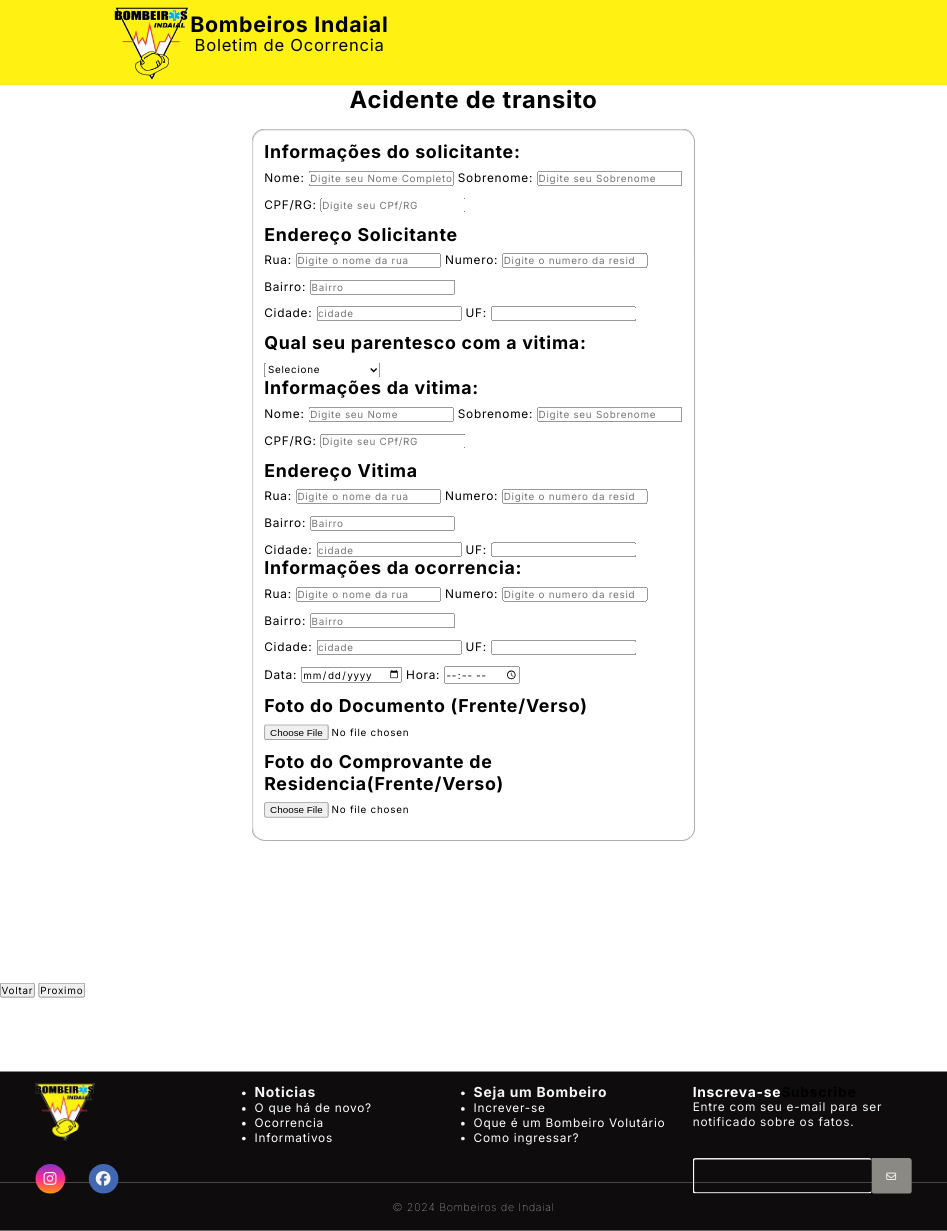
Repository: ThaylonKnopf/ProjetoBV
Page: AcidenteTransito/transitoparente/Form.html
The author's editor kept a copy of each file at every save. The page is drawn from the files as they stood at one save, then again after a run of saves.
The browser window is 1280 px wide. The pictures show the whole page, at 74% of full size.

Above is the page before, as saved 2024-04-08 13:17:04.

### AcidenteTransito/transitoparente/Form.html
<!DOCTYPE html>
<html lang="pt-BR">

    <head>
        <meta charset="UTF-8">
        <meta name="viewport" content="width=device-width, initial-scale=1.0">
        <title>Requisição de B.O.</title>
        <link rel="stylesheet" href="estilo-fato.css">
        <link rel="shortcut icon"
            href="https://storage.googleapis.com/production-hostgator-brasil-v1-0-9/629/1202629/afAiZAhX/4db7fe933b1247ebbdbe06664fbece59">
        <link rel="stylesheet" href="https://cdnjs.cloudflare.com/ajax/libs/font-awesome/6.5.2/css/all.min.css"
            integrity="sha512-SnH5WK+bZxgPHs44uWIX+LLJAJ9/2PkPKZ5QiAj6Ta86w+fsb2TkcmfRyVX3pBnMFcV7oQPJkl9QevSCWr3W6A=="
            crossorigin="anonymous" referrerpolicy="no-referrer" />

    </head>

    <body>
        <header>
            <link rel="stylesheet" href="/header/footer/header.css">
            <main>
                <source media="(min-width:320px)" srcset="" sizes="300px">
                <div class="titulo">
                    <h1>Bombeiros&nbsp;Indaial</h1>
                </div>
                <div class="img">
                    <a href="https://bombeirosindaial.com.br/" target="_blank"><img src="../img/m.png"
                            alt="logo-bombeiro"></a>
                </div>
                <div class="p">
                    <p>Boletim&nbsp;de&nbsp;Ocorrencia</p>
                </div>
                </nav>
            </main>
        </header>
        <main class="menuh1">
            <h1>Acidente de transito</h1>
        </main>
        <form>
            <fieldset>
                <h2>Informações do solicitante:</h2>
                <div class="campo" required>
                    <label for="nome">Nome:</label>
                    <input type="text" name="nome" id="nome" placeholder="Digite seu Nome Completo" required>
                    <label for="sobrenome">Sobrenome:</label>
                    <input type="text" name="sobrenome" id="sobrenome" placeholder="Digite seu Sobrenome" required>
                </div>
                <div id="cpf">
                    <label for="cfp">CPF/RG:</label>
                    <input type="text" name="cfp" id="cpf" placeholder="Digite seu CPf/RG" required>
                </div>
                <h2>Endereço Solicitante</h2>
                <div id="rua">
                    <label for="rua">Rua:</label>
                    <input type="text" name="rua" id="rua" placeholder="Digite o nome da rua" required>
                    <label for="rua">Numero:</label>
                    <input type="number" name="numero" id="numero" placeholder="Digite o numero da residencia."
                        required>
                </div>
                <div id="bairro">
                    <label for="bairro">Bairro:</label>
                    <input type="text" name="bairro" id="bairro" placeholder="Bairro" required>
                </div>
                <div>
                    <label for="cidade">Cidade:</label>
                    <input type="text" name="cidade" id="cidade" placeholder="cidade" required>
                    <label for="estado">UF:</label>
                    <input type="text" name="estado" id="estado" required>
                </div>
                <h2>Qual seu parentesco com a vitima:</h2>
                <select name="parentesco" id="parente">
                    <option selected disabled value="">Selecione</option>
                    <option>Pai/Mae</option>
                    <option>Irmão/Irmã</option>
                    <option>Conjuge</option>
                    <option>Filho/Filha</option>
                    <option>Avô/Avó</option>
                    <option>Responsável Legal</option>
                </select>
                <h2>Informações da vitima:</h2>
                <div class="campov">
                    <label for="nomev">Nome:</label>
                    <input type="text" name="nome" id="nomev" placeholder="Digite seu Nome" required>
                    <label for="sobrenome">Sobrenome:</label>
                    <input type="text" name="sobrenome" id="sobrenomev" placeholder="Digite seu Sobrenome" required>
                </div>
                <div id="cpfv">
                    <label for="cfp">CPF/RG:</label>
                    <input type="text" name="cfp" id="cpfv" placeholder="Digite seu CPf/RG" required>
                </div>
                <h2>Endereço Vitima</h2>
                <div id="ruav">
                    <label for="rua">Rua:</label>
                    <input type="text" name="rua" id="ruavi" placeholder="Digite o nome da rua" required>
                    <label for="numero">Numero:</label>
                    <input type="number" name="numero" id="numerov" placeholder="Digite o numero da residencia."
                        required>
                </div>
                <div id="bairrov">
                    <label for="bairro">Bairro:</label>
                    <input type="text" name="bairro" id="bairrov" placeholder="Bairro" required>
                </div>
                <div>
                    <label for="cidade">Cidade:</label>
                    <input type="text" name="cidade" id="cidadev" placeholder="cidade" required>
                    <label for="estado">UF:</label>
                    <input type="text" name="estado" id="estadov" required>
                <h2>Informações da ocorrencia:</h2>
                <div id="ruao">
                    <label for="rua">Rua:</label>
                    <input type="text" name="rua" id="ruaoc" placeholder="Digite o nome da rua" required>
                    <label for="numero">Numero:</label>
                    <input type="number" name="numero" id="numeroc" placeholder="Digite o numero da residencia."
                        required>
                </div>
                <div id="bairroc">
                    <label for="bairro">Bairro:</label>
                    <input type="text" name="bairro" id="bairroc" placeholder="Bairro" required>
                </div>
                <div>
                    <label for="cidade">Cidade:</label>
                    <input type="text" name="cidade" id="cidadec" placeholder="cidade" required>
                    <label for="estado">UF:</label>
                    <input type="text" name="estado" id="estadoc" required>
                </div>
                <div id="data">
                    <label for="data">Data:</label>
                    <input type="date" name="dataoc" id="dataoc">
                    <label for="hora">Hora:</label>
                    <input type="time" name="horaoc" id="horaoc">
                </div>
                <div class="doc">
                    <h2>Foto do Documento (Frente/Verso)</h2>
                    <input type="file" name="doc" id="doc">
                </div>
                <div class="res">
                    <h2>Foto do Comprovante de Residencia(Frente/Verso)</h2>
                    <input type="file" name="doc">
                </div>
            </fieldset>
    </form>
        <main class="main-botao">
            <div class="continuar" required>
                <a href="../transitoselecionar/transito1.html"><button class="voltar">Voltar</button></a>
                <a href="/AcidenteTransito/transitoparente/Concluido.html"><button class="prox" required>Proximo</button></a>
            </div>
        </main>
        <footer id="footer">
            <link rel="stylesheet" href="/header/footer/footer.css">
            <div id="footer_content">
                <div id="footer_contacts">
                    <a href="https://bombeirosindaial.com.br/" target="_blank">
                        <h1>
                            <img src="../img/m.png" width="80px" alt="">
                        </h1>
                    </a>
                    <div id="footer_social_media">
                        <a href="#" class="footer-link" id="instagram">
                            <i class="fa-brands fa-instagram"></i>
                        </a>
                        <a href="#" class="footer-link" id="facebook">
                            <i class="fa-brands fa-facebook"></i>
                        </a>
                    </div>
                </div>
                <ul class="footer-list">
                    <li>
                        <h3>Noticias</h3>
                    </li>
                    <li>
                        <a href="#" class="footer-link">O que há de novo?</a>
                    </li>
                    <li>
                        <a href="#" class="footer-link">Ocorrencia</a>
                    </li>
                    <li>
                        <a href="#" class="footer-link">Informativos</a>
                    </li>
                </ul>
                <ul class="footer-lists">
                    <li>
                        <h3 id="pro">Seja um Bombeiro</h3>
                    </li>
                    <li>
                        <a href="#" class="footer-links">Increver-se</a>
                    </li>
                    <li>
                        <a href="#" class="footer-links">Oque é um Bombeiro Volutário</a>
                    </li>
                    <li>
                        <a href="#" class="footer-links">Como ingressar?</a>
                    </li>
                </ul>
                <div id="footer_subscribe">
                    <h3>Subscribe</h3>
                    <p>
                        Entre com seu e-mail para ser notificado sobre os fatos.
                    </p>
                    <div id="input_group">
                        <input type="email" id="email">
                        <button>
                            <i class="fa-regular fa-envelope"></i>
                        </button>
                    </div>
                </div>
            </div>
            <div id="footer_copyright">
                &#169
                2024 Bombeiros de Indaial
            </div>
        </footer>
        <script src="script.js"></script>
    </body>

</html>

### AcidenteTransito/transitoparente/estilo-fato.css
@charset "UTF-8";

@import url('https://fonts.googleapis.com/css2?family=Bebas+Neue&family=Inter:wght@100..900&display=swap');

:root {
    --color-neutral-0: #0e0c0c;
    --color-neutral-10: #171717;
    --color-neutral-30: #a8a29e;
    --color-neutral-40: #f5f5f5;

}

* {
    margin: 0PX;
    padding: 0PX;
    font-family: 'Inter', sans-serif;
    box-sizing: border-box;
    letter-spacing: 1px;
}

P {
    margin: 15px 0px 15px 0px;
}
.menuh1{
    margin: 0px auto 20px auto;
    max-width: 470px;
    text-align: center;
}

form{
    max-width: 600px;
    margin: 0px auto 290px auto;
}
fieldset{
    border-radius: 18px;
    padding: 15px;
}
fieldset div{
    margin-bottom: 15px;
}
h2{
    margin-bottom: 10px;
}

#footer_content{
    height:150px;
}
#footer{
    position: relative;
}
.continuar{
    margin-top: -100px;
    margin-bottom: 100px;
}
.main

@media (max-width: 970px) {
    .menu section {
        width: 80%;
    }
    .menuh1{
        width: 80%;
    }
    form fieldset{
        width: 470px;
        margin: 10px;
    }
    fieldset div{
        display: grid;
    }
    fieldset div input{
        margin-left: 25px;
        margin-right: 20px;
    }

    .res{
        margin-right: 20px;
        margin-bottom: 20px;
    }
    .menuh1 form h2{
        margin-left: 10px;
    }
}

### header/footer/header.css
@charset "UTF-8";

@import url('https://fonts.googleapis.com/css2?family=Bebas+Neue&family=Inter:wght@100..900&display=swap');

:root {
    --color-neutral-0: #0e0c0c;
    --color-neutral-10: #171717;
    --color-neutral-30: #a8a29e;
    --color-neutral-40: #f5f5f5;

}

* {
    margin: 0PX;
    padding: 0PX;
    font-family: 'Inter', sans-serif;
    box-sizing: border-box;
    letter-spacing: 1px;
}

main {
    height: auto;
}
main .titu{
    text-align: center;
}

P {
    margin: 15px 0px 15px 0px;
}

header {
    background-color: #FFF212;
    height: 115px;
    padding-top: 10px;
    padding-bottom: 0px;
}

header main {
    background-color: #FFF212;
    width: 900px;
    margin: auto;
    padding-top: 0px;
    padding-bottom: 0px;
    height: 90px;

}

header main h1 {
    margin-left: 67px;
    font-size: 1.8em;
    padding-top: 5px;
    margin-top: 0px;
}

header main img {
    width: 100px;
    margin-top: -40px;
    margin-left: -35px;
}

header main p {
    margin-left: 73px;
    margin-top: -64px;
    font-size: 1.4em;
}
@media screen and (max-width: 976px) {
    header main{
        margin: auto;
        width: 80%;
    }
}

@media screen and (max-width: 499px) {
    header{
        height: 110px;
    }
    header main{
        margin: auto;
        font-size: 12px;
        align-items: center;
    }
    header main img{
        width: 80px;
        margin-top: -25px;
        margin-left: -15px;
    }
    header main h1{
        margin-bottom: 5px;
        margin-left: 70px;
    }
    header main p {
        margin-top: -55px;
    }
}

### header/footer/footer.css
@charset "UTF-8";

@import url('https://fonts.googleapis.com/css2?family=Bebas+Neue&family=Inter:wght@100..900&display=swap');

:root {
    --color-neutral-0: #0e0c0c;
    --color-neutral-10: #171717;
    --color-neutral-30: #a8a29e;
    --color-neutral-40: #f5f5f5;

}

* {
    margin: 0PX;
    padding: 0PX;
    font-family: 'Inter', sans-serif;
    box-sizing: border-box;
    letter-spacing: 1px;
}

footer {
    position: fixed;
    bottom: 0;
    left: 0%;
    color: var(--color-neutral-40);
}

.footer-link {
    text-decoration: none;
    color: white;
}

.footer-links {
    text-decoration: none;
    color: white;
}

#footer_content {
    background-color: var(--color-neutral-0);
    display: grid;
    grid-template-columns: repeat(4, 1fr);
    padding: 1rem 3rem;
    max-height: 205px;

}

#footer_contacts {
    margin-bottom: 0.75rem;
}

#footer_social_media {
    display: flex;
    gap: 2rem;
    margin-top: 1.5rem;
}

#footer_social_media .footer-link {
    display: flex;
    align-items: center;
    justify-content: center;
    height: 2.5rem;
    width: 2.5rem;
    color: var(--color-neutral-40);
    border-radius: 50%;
    transition: 0.4s;
}

#footer_social_media .footer-link i {
    font-size: 1.25rem;
}

#footer_social_media .footer-link:hover {
    opacity: 0.8;
}

#instagram {
    background: linear-gradient(#7f37c9, #ff2992, #ff9807);
    text-decoration: none;
}

#facebook {
    background-color: #4267b3;
    text-decoration: none;
}

.footer_list {
    display: flex;
    flex-direction: column;
    gap: 0.75rem;
    list-style: none;

}

.footer-link:hover{
    text-decoration: underline;
}
.footer-links:hover{
    text-decoration: underline;
}

#footer_subscribe {
    display: flex;
    flex-direction: column;
    gap: 1.5rem;
}

#footer_subscribe h3::before{
    content: "Inscreva-se";
    color:white;
}
#footer_subscribe h3{
    color:black;
    margin-bottom: -40px;
}
#footer_subscribe p {
    color: var(--color-neutral-40);
}

#input_group {
    display: flex;
    align-items: center;
    background-color: 4px;
    border-radius: 4px;
}

#input_group input {
    all: unset;
    padding: 0.75rem;
    width: 100%;
    border-top: 2px solid white;
    border-bottom: 2px solid white;
    border-left: 2px solid white;
    border-radius: 4px;
}

#input_group button {
    background-color: #8a8984;
    border: none;
    color: var(--color-neutral-40);
    padding: 0px 1.25rem;
    height: 100%;
    border-radius: 0px 4px 4px 4px;
    cursor: pointer;
    transition: all 0.4s;
}

#input_group button:hover {
    opacity: 0.8;
}

#footer_copyright {
    display: flex;
    justify-content: center;
    background-color: var(--color-neutral-0);
    font-size: 0.9rem;
    padding: 1.5rem;
    font-weight: 100;
}

@media screen and (max-width:768px) {
    #footer_content {
        grid-template-columns: repeat(2, 1fr);
        gap: 2rem;
    }

    #input_group input {
        border-top: 2px solid rgb(0, 0, 0);
        border-bottom: 2px solid rgb(0, 0, 0);
        border-left: 2px solid rgb(0, 0, 0);
        border-radius: 4px;

    }

    #footer {
        position: relative;
    }

    #footer_subscribe{
        margin-top: 65px;
    }

    #footer_subscribe h3::before {
        color: rgb(0, 0, 0);
        content: "Inscreva-se";
    }
    #footer_subscribe h3{
        color:white;

    }

    #footer_subscribe p {
        color: rgb(0, 0, 0);
        margin-top: 15px;
    }

    .footer-lists{
        margin-top: 65px;
    }

    .footer-links {
        color: black;
        text-decoration: none;
    }

    #pro {
        color: black;
    }
    .footer-links:hover {
        color: black;
        text-decoration: underline;
    }
    .footer-link:hover {
        text-decoration: underline;
    }


}

@media screen and (max-width:426px) {
    #footer_content {
        grid-template-columns: repeat(1, 1fr);
        padding: 3rem 2;
    }

    #input_group input {
        border-top: 2px solid rgb(0, 0, 0);
        border-bottom: 2px solid rgb(0, 0, 0);
        border-left: 2px solid rgb(0, 0, 0);
        border-radius: 4px;
    }

    #footer {
        position: relative;
    }

    #footer_subscribe .p {
        color: black;
    }
    #footer_copyright {
        position: absolute;
        height: 100px;
        bottom:0;
        left: 0;
        width: 100%;
    }

    .footer-list {
        color:black;
        margin-top: 20px;
    }
    .footer-link {
        color: black;
    }
    .footer-lists {
        color:black;
        margin-top: 2px;
    }

    .footer-links {
        color: black;
    }

    #pro {
        color: black;
    }
    .footer-links:hover {
        color: black;
        text-decoration: underline;
    }
    #input_group button {
        background-color: #8a8984;
        border: none;
        color: var(--color-neutral-40);
        padding: 0px 1.25rem;
        height: 80%;
        border-radius: 4px 4px 4px 4px;
        cursor: pointer;
        transition: all 0.4s;
        margin-bottom: 10px;
        margin-left: 1px;
    }
    #input_group input {
        border-top: 2px solid rgb(0, 0, 0);
        border-bottom: 1px solid rgb(0, 0, 0);
        border-left: 2px solid rgb(0, 0, 0);
        border-radius: 4px;
        margin-bottom: 15px;
    }
    #footer_contacts{
        margin: 0px auto;
    }
    #footer_contacts h1{
        margin-left: 13px;
    }
}

@media screen and (max-width: 413px) {
    #footer_content{
        margin-bottom: 140px;
    }
}

Loaded but not shown: AcidenteTransito/transitoparente/script.js (no copy from this time; the picture is the same without it)

After the next 4 saves:
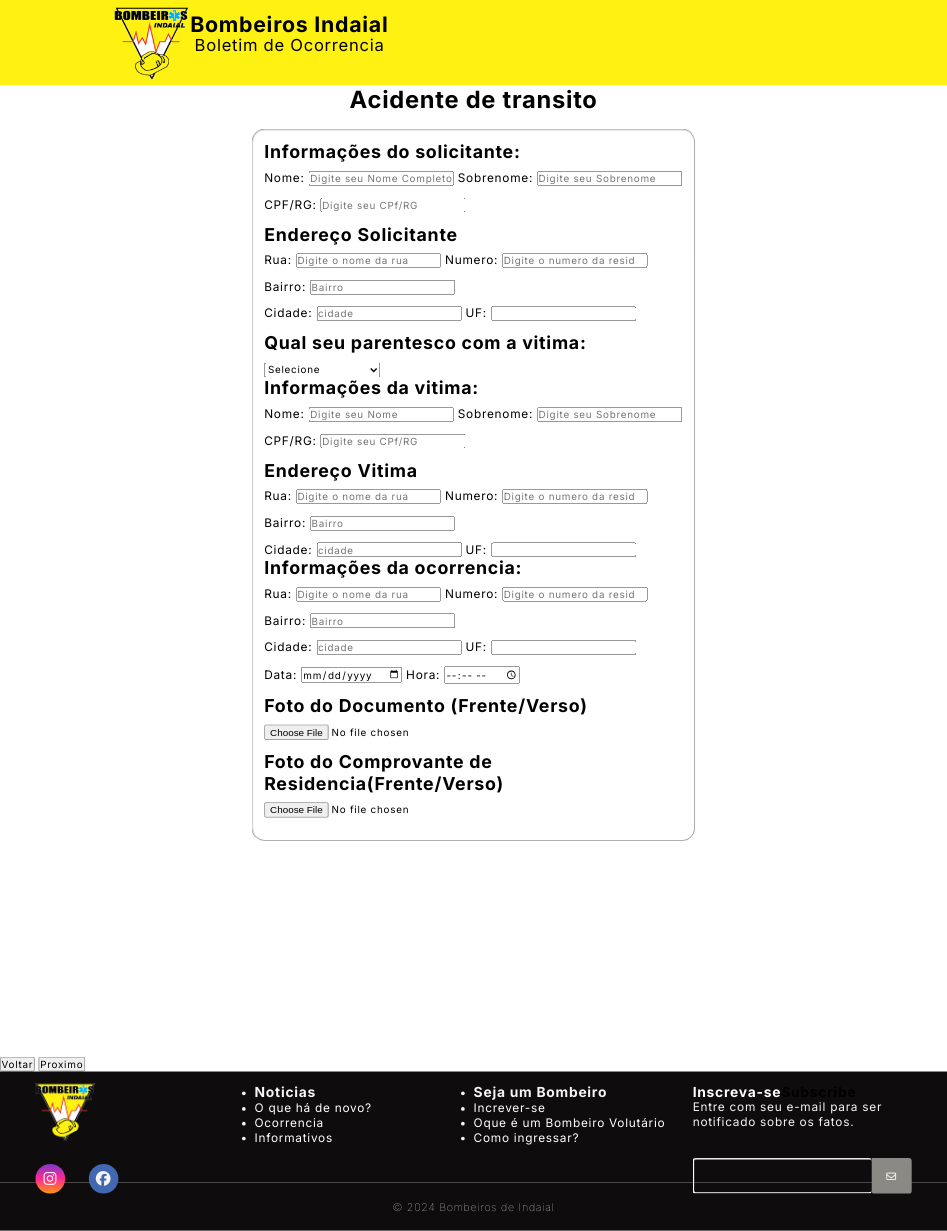
The 4 saves are shown as one change because they came seconds apart.
The last was saved 9 s later.
--- a/AcidenteTransito/transitoparente/estilo-fato.css
+++ b/AcidenteTransito/transitoparente/estilo-fato.css
@@ -48,11 +48,13 @@
 #footer{
     position: relative;
 }
+
+.main
+
 .continuar{
     margin-top: -100px;
     margin-bottom: 100px;
 }
-.main
 
 @media (max-width: 970px) {
     .menu section {
